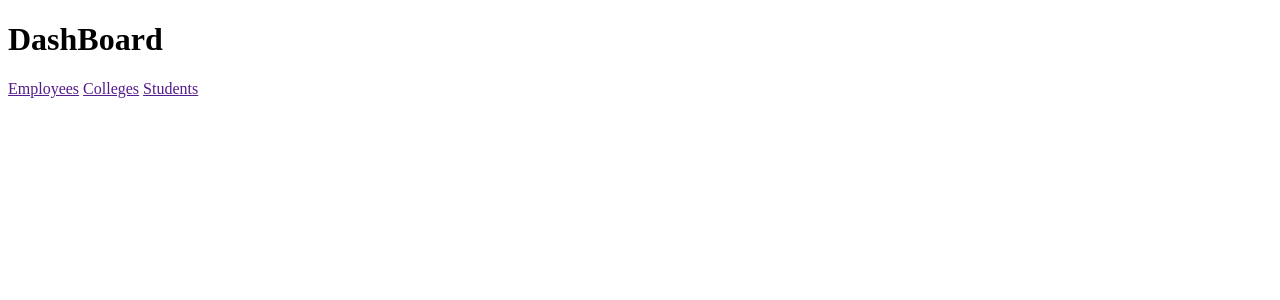
Repository: biswajit-pradhan/springboot
Page: http://localhost/MySpringApp/
An editor plug-in stored every save of this project. The page is shown before and after the next save, followed by the edit.
The browser window is 1280 px wide. The pictures show the whole page.
The page is served by Tomcat 9. Other server files are loaded and not shown.

Above is the page before, as saved 2023-01-11 11:14:09.

### MySpringApp/WebContent/WEB-INF/jsps/dashboard.jsp
<%@ page language="java" contentType="text/html; charset=ISO-8859-1"
    pageEncoding="ISO-8859-1"%>
<!DOCTYPE html>
<html>
<head>
<meta charset="ISO-8859-1">
<title>MyApp-DashBoard</title>
</head>
<body>
<h1>DashBoard</h1>
<div>
<a href="">Employees</a>
<a href="">Colleges</a>
<a href="">Students</a>
</div>
</body>
</html>

After the next save:
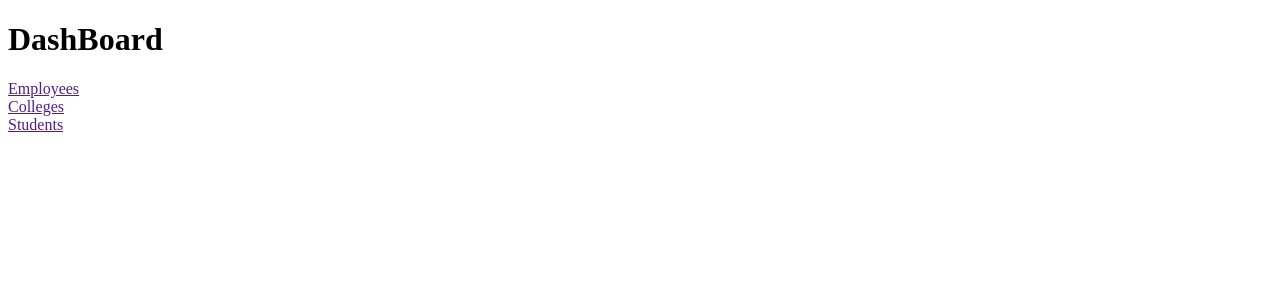
Saved 63 s later.
--- a/MySpringApp/WebContent/WEB-INF/jsps/dashboard.jsp
+++ b/MySpringApp/WebContent/WEB-INF/jsps/dashboard.jsp
@@ -9,8 +9,8 @@
 <body>
 <h1>DashBoard</h1>
 <div>
-<a href="">Employees</a>
-<a href="">Colleges</a>
+<a href="">Employees</a><br>
+<a href="">Colleges</a><br>
 <a href="">Students</a>
 </div>
 </body>
